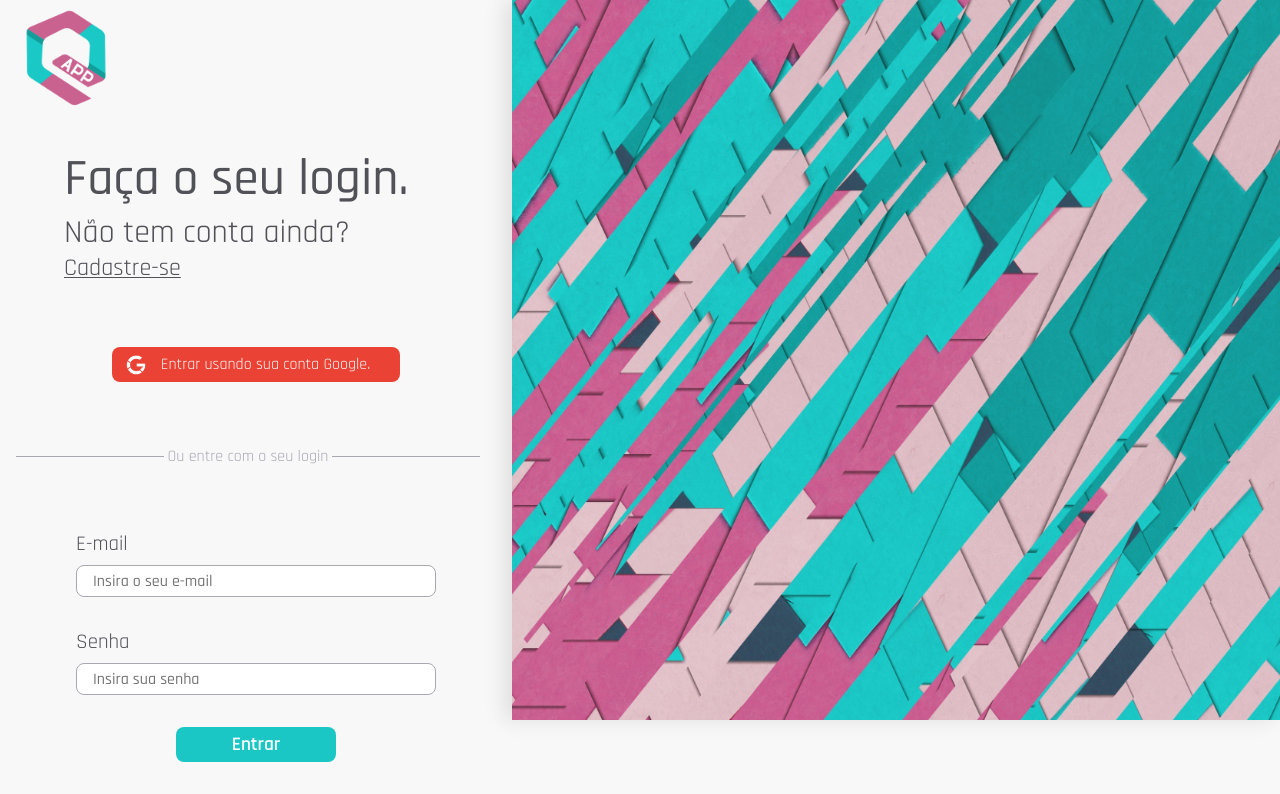
Repository: kika-cavalher/qapp-web
Page: /
These files come from the project's save history. The page is drawn as it stood at one moment and after the next save; the edit follows.
The browser window is 1280 px wide. The pictures show the whole page.
The page's requests for data from a server got no answer. The project was rebuilt for these pictures with package versions that can differ from the ones it lists, and the page was loaded fresh each time. No one was signed in, and anything a server would have sent is missing.

Above is the page before, as saved 2022-02-28 12:11:05.

After the next save:
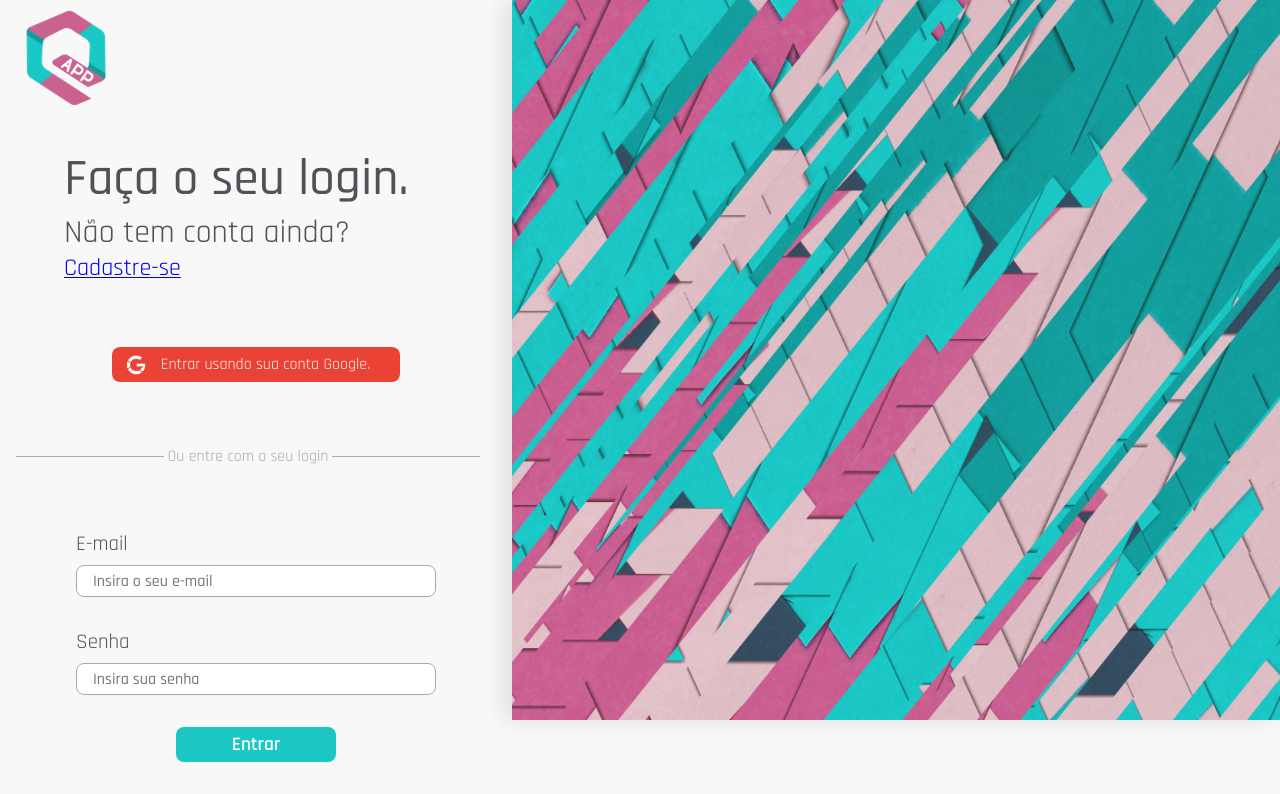
Saved 2 min 38 s later.
--- a/src/pages/Login.tsx
+++ b/src/pages/Login.tsx
@@ -19,9 +19,9 @@ export function LoginPage() {
                     <div className='page-login--main__title'>
                         <h1>Faça o seu login.</h1>
                         <h2>Não tem conta ainda? </h2>
-                        <p className='page-login--main__link-register'>
+                        <a className='page-login--main__link-register' href="#">
                         Cadastre-se
-                        </p>
+                        </a>
                         {/* <Link to="/">Cadastre-se</Link> */}
                     </div>
                     <div className='page-login--main__google'>
